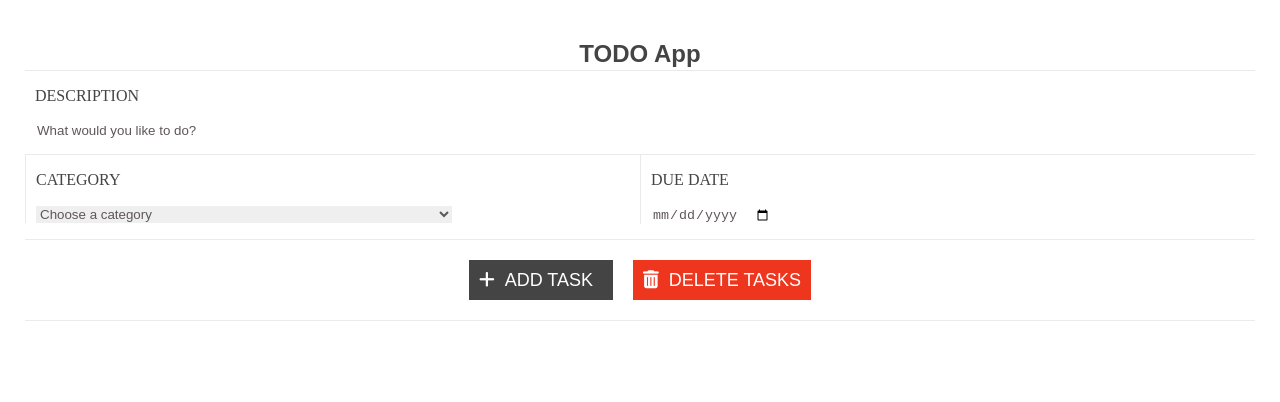
Repository: king-slayer97/TODO-App
Page: http://localhost/
An editor plug-in stored every save of this project. The page is shown before and after the next save, followed by the edit.
The browser window is 1280 px wide. The pictures show the whole page.
Some web libraries are served in a nearby version. The page is served by the project's Node server (index.js). Queries for data that is not in the repository find no rows.

Above is the page before, as saved 2022-08-17 22:40:29.

After the next save:
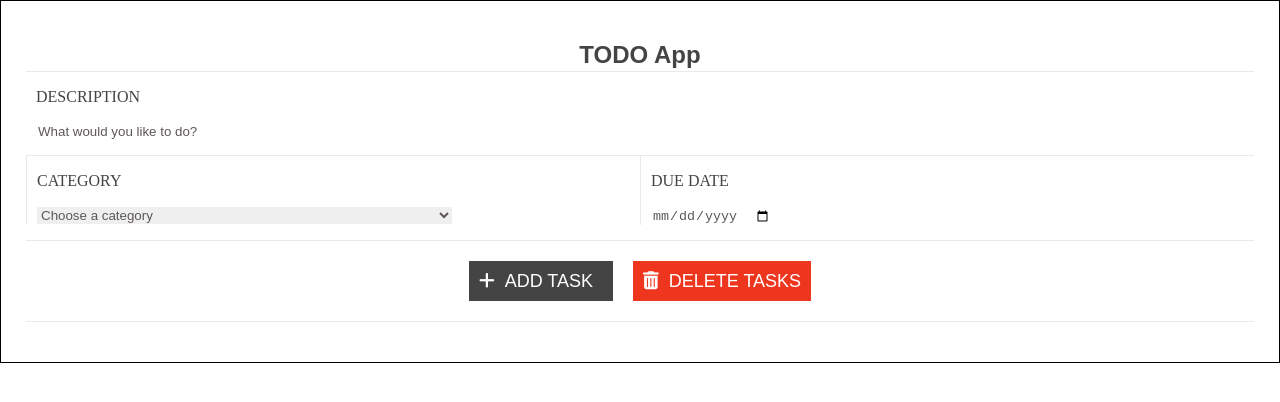
Saved 35 s later.
--- a/assets/css/home.css
+++ b/assets/css/home.css
@@ -3,7 +3,7 @@ body {
 }
 
 .wrapper {
-  /* border: 1px solid black; */
+  border: 1px solid black;
   padding: 20px 25px;
   /* height: 90vh; */
 }
